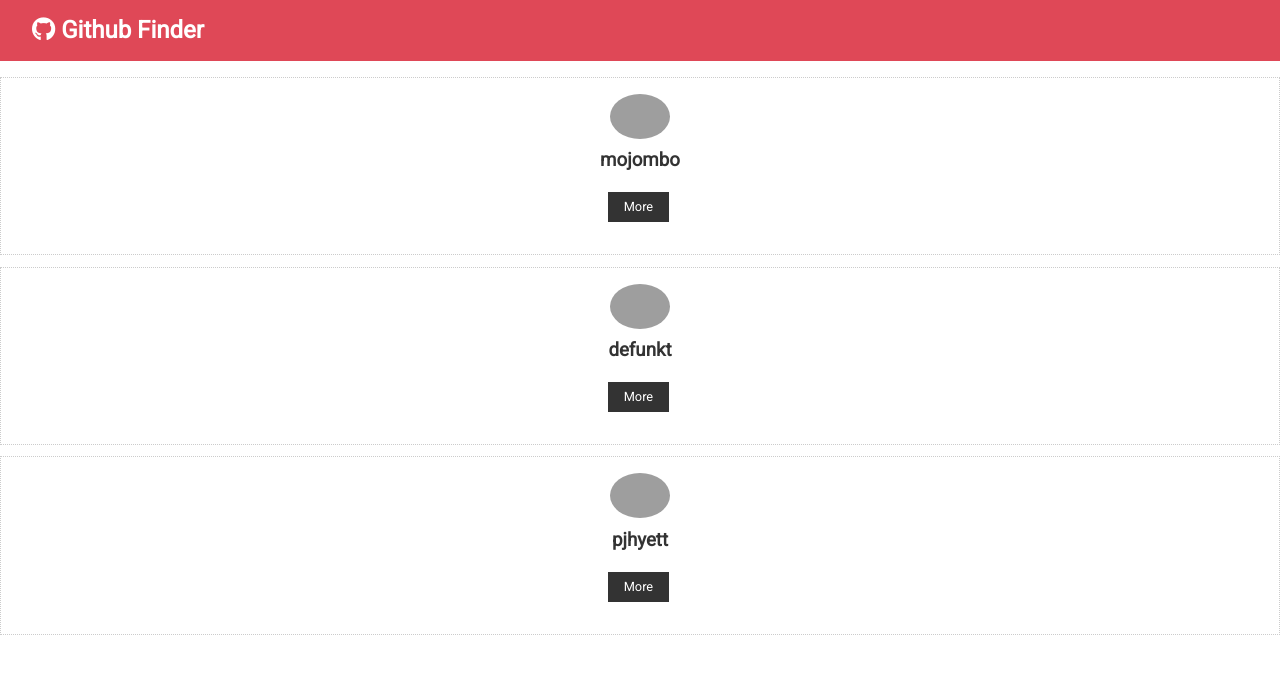
Repository: bafode/github-finder
Page: /
The author's editor kept a copy of each file at every save. The page is drawn from the files as they stood at one save, then again after the next save.
The browser window is 1280 px wide. The pictures show the whole page.
Pictures or frames that could not be fetched are drawn as grey boxes. Some web libraries are served in a nearby version. The project was rebuilt for these pictures with package versions that can differ from the ones it lists, and the page was loaded fresh each time.

Above is the page before, as saved 2023-06-16 17:15:43.

### public/index.html
<!DOCTYPE html>
<html lang="en">
  <head>
    <meta charset="utf-8" />
    <link rel="shortcut icon" href="%PUBLIC_URL%/favicon.ico" />
    <meta name="viewport" content="width=device-width, initial-scale=1" />
    <meta name="theme-color" content="#000000" />
    <link rel="manifest" href="%PUBLIC_URL%/manifest.json" />
    <link
      rel="stylesheet"
      href="https://use.fontawesome.com/releases/v5.8.2/css/all.css"
      integrity="sha384-oS3vJWv+0UjzBfQzYUhtDYW+Pj2yciDJxpsK1OYPAYjqT085Qq/1cq5FLXAZQ7Ay"
      crossorigin="anonymous"
    />

    <title>Github Finder</title>
  </head>
  <body>
    <noscript>You need to enable JavaScript to run this app.</noscript>
    <div id="root"></div>
  </body>
</html>

### src/App.js
import React,{Component} from 'react';
import './App.css';
import Navbar from './components/layout/Navbar'
import Users from './components/users/Users'

class App extends Component {
  render() {

    return (
      <div className="App">
        <Navbar />
        <Users/>
      </div>
    );
  }
}

export default App;

### src/components/layout/Navbar.js
import React, { Component } from 'react'
import PropTypes from 'prop-types'

class Navbar extends Component {

    static defaultProps = {
        title: 'Github Finder',
        icon:'fab fa-github'
    }

    static propTypes = {
        title: PropTypes.string.isRequired,
        icon:PropTypes.string.isRequired
    }

    render() {
    const{icon,title}=this.props
    return (
        <nav className='navbar bg-primary'>
            <h1>
                <i className={icon}></i> {title}
            </h1>
      </nav>
    )
  }
}


export default Navbar

### src/components/users/Users.js
import React, { Component } from 'react'
import UserItem from './UserItem'

class Users extends Component {
    state = {
        users:[
            {
            id: 1,
            login: "mojombo",
            avatar_url: "https://avatars.githubusercontent.com/u/1?v=4",
            html_url: "https://github.com/mojombo",
            },
            {
                id: 2,
                login: "defunkt",
                avatar_url: "https://avatars.githubusercontent.com/u/2?v=4",
                html_url: "https://github.com/defunkt",
            },
            {
                id: 3,
                login: "pjhyett",
                avatar_url: "https://avatars.githubusercontent.com/u/3?v=4",
                html_url: "https://github.com/pjhyett",
            }

        ]
    }
    render() {
      const{users}=this.state
    return (
        <div>
            {users.map((user) => (
                <UserItem key={user.id} user={user}/>
            ))}
      </div>
    )
  }
}

const userStyle = {
    display: 'grid',
    gridTemplateColumns: 'repeat(3,1fr)',
    gridGap:'1rem'
}

export default Users

### src/components/users/UserItem.js
import React, { Component } from 'react'

class UserItem extends Component {

  render() {
      const{login,avatar_url,html_url}=this.props.user
    return (
        <div className='card text-center'>
            <img src={avatar_url} alt="" className="round-img" style={{width:'60px'}} />
            <h3>{login}</h3>
            <div>
                <a href={html_url} className="btn btn-dark btn-sm my-1">More</a>
            </div>
      </div>
    )
  }
}

export default UserItem

Loaded but not shown: src/index.js (common file); src/App.css (common file)

After the next save:
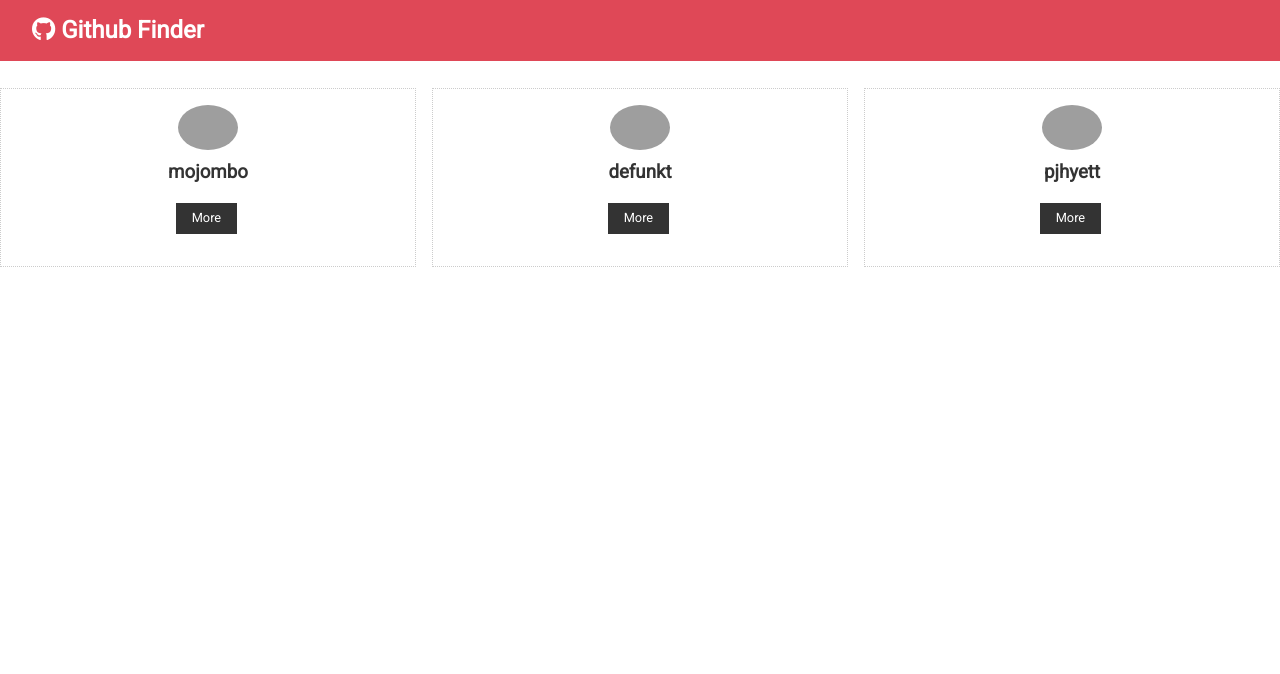
Saved 22 s later.
--- a/src/components/users/Users.js
+++ b/src/components/users/Users.js
@@ -28,7 +28,7 @@ class Users extends Component {
     render() {
       const{users}=this.state
     return (
-        <div>
+        <div style={userStyle}>
             {users.map((user) => (
                 <UserItem key={user.id} user={user}/>
             ))}
